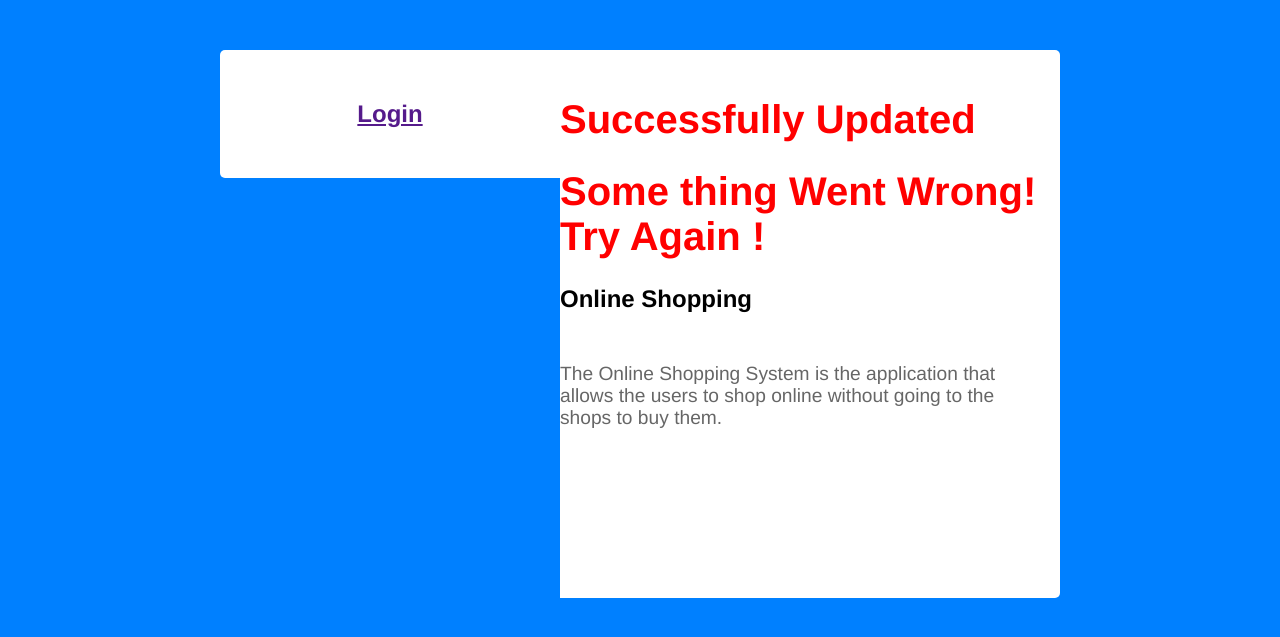
Repository: Dineshbabu290904/DigiMart
Page: http://localhost/ShoppingCart/signup.jsp
An editor plug-in stored every save of this project. The page is shown before and after the next save, followed by the edit.
The browser window is 1280 px wide. The pictures show the whole page.
The page is served by Tomcat 9.

Above is the page before, as saved 2024-10-12 04:42:42.

After the next save:
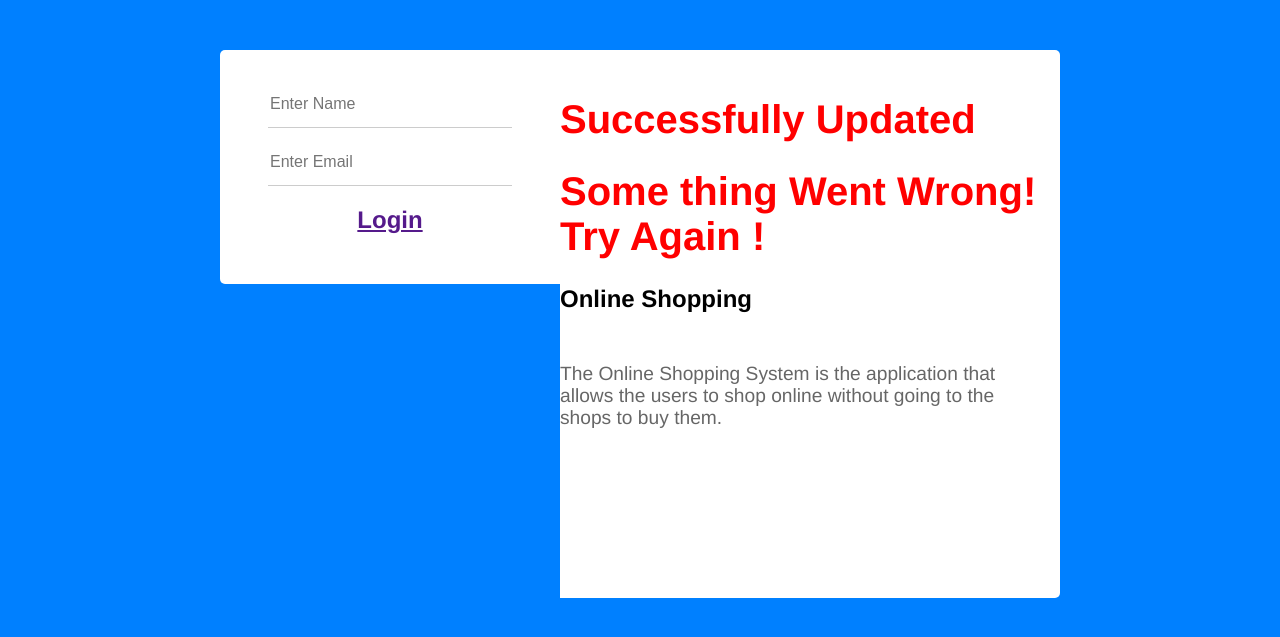
Saved 5 min 18 s later.
--- a/ShoppingCart/src/main/webapp/signup.jsp
+++ b/ShoppingCart/src/main/webapp/signup.jsp
@@ -7,7 +7,10 @@
 <body>
 <div id='container'>
   <div class='signup'>
-
+  	<form action ="" method="post">
+  		<input type="text" name="name" placeholder="Enter Name" required>
+  		<input type="email" name="email" placeholder="Enter Email" required>
+  	</form>
       <h2><a href="">Login</a></h2>
   </div>
   <div class='whysign'>
